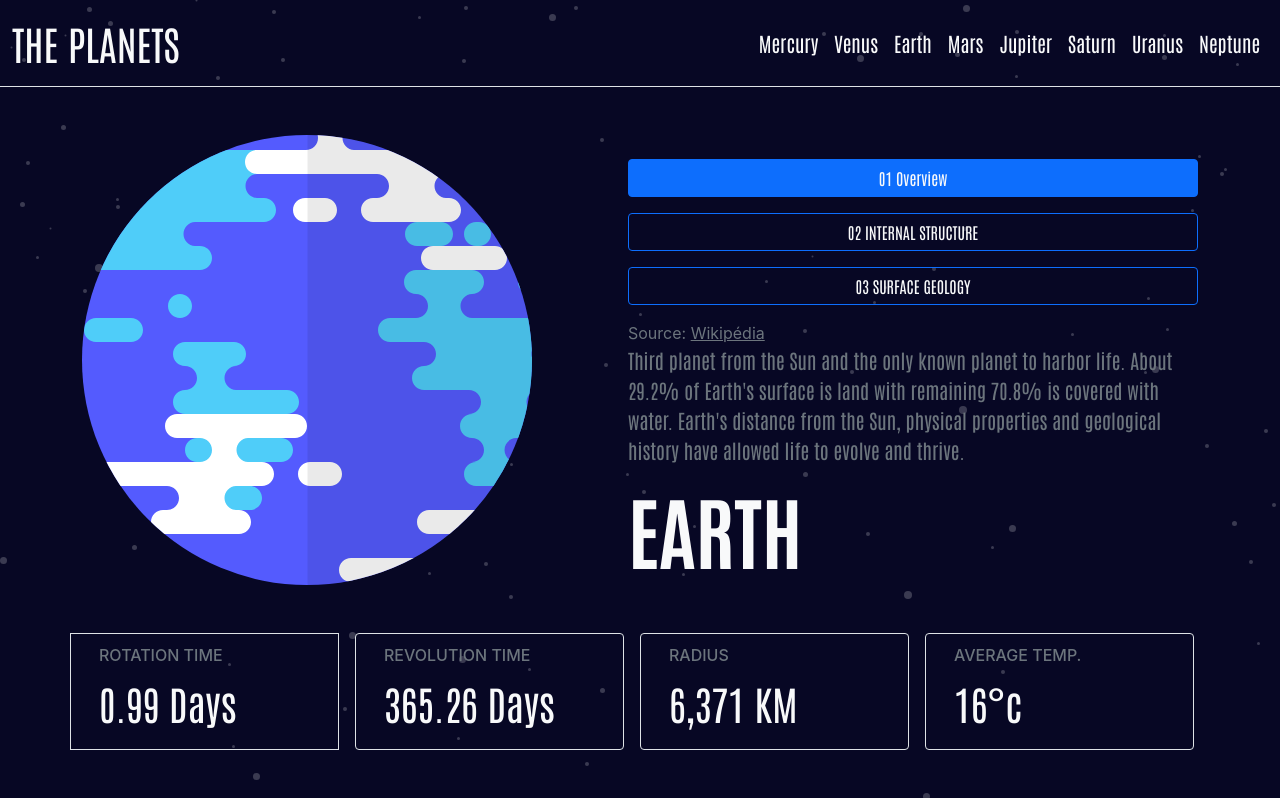
Repository: andre06x/the-planets
Page: /
The author's editor kept a copy of each file at every save. The page is drawn from the files as they stood at one save, then again after the next save.
The browser window is 1280 px wide. The pictures show the whole page.
The project was rebuilt for these pictures with package versions that can differ from the ones it lists, and the page was loaded fresh each time.

Above is the page before, as saved 2021-10-18 23:03:34.

### public/index.html
<!DOCTYPE html>
<html lang="en">

<head>
  <meta charset="utf-8" />
  <link rel="icon" href="%PUBLIC_URL%/favicon.ico" />
  <meta name="viewport" content="width=device-width, initial-scale=1" />
  <meta name="theme-color" content="#000000" />
  <link rel="preconnect" href="https://fonts.googleapis.com">
  <link rel="preconnect" href="https://fonts.gstatic.com" crossorigin>
  <link href="https://fonts.googleapis.com/css2?family=Antonio:wght@400;500;600;700&display=swap" rel="stylesheet">
  <meta name="description" content="Web site created using create-react-app" />
  <link rel="apple-touch-icon" href="%PUBLIC_URL%/logo192.png" />
  <link rel="manifest" href="%PUBLIC_URL%/manifest.json" />
  <link rel="stylesheet" href="%PUBLIC_URL%/bootstrap-5.1.3-dist/css/bootstrap.min.css">
  <title>React App</title>
</head>

<body>
  <noscript>You need to enable JavaScript to run this app.</noscript>
  <div id="root"></div>
  <script src="./bootstrap-5.1.3-dist/js/bootstrap.min.js"></script>
</body>

</html>

### src/index.js
import React from 'react';
import ReactDOM from 'react-dom';
import App from './App';
import reportWebVitals from './reportWebVitals';
import Global from './styles/global';

ReactDOM.render(
  <React.StrictMode>
    <Global />
    <App />
  </React.StrictMode>,
  document.getElementById('root')
);

// If you want to start measuring performance in your app, pass a function
// to log results (for example: reportWebVitals(console.log))
// or send to an analytics endpoint. Learn more: https://bit.ly/CRA-vitals
reportWebVitals();

### src/App.js
import logo from './logo.svg';
// import './App.css';
import Header from './components/Header';
import Container from './components/Container';

function App() {
  return (
    <div className="App">
      <Header />
      <Container />
    </div>
  );
}

export default App;

### src/styles/global.js
import { createGlobalStyle } from 'styled-components';
import img from '../background-stars.svg';

export default createGlobalStyle`
  body {
    background-image: url(${img});
    background-color: #070724;
    background-repeat: repeat;
  margin: 0;
  font-family: -apple-system, BlinkMacSystemFont, 'Segoe UI', 'Roboto', 'Oxygen',
    'Ubuntu', 'Cantarell', 'Fira Sans', 'Droid Sans', 'Helvetica Neue',
    sans-serif;
  -webkit-font-smoothing: antialiased;
  -moz-osx-font-smoothing: grayscale;
}

code {
  font-family: source-code-pro, Menlo, Monaco, Consolas, 'Courier New',
    monospace;
}
`;

### src/components/Header.js
import React from 'react';
import data from '../data.json';

const Header = () => {
  return (
    <nav class="navbar navbar-expand-lg navbar-dark bg-transparent border-bottom border-muted mb-5">
      <div class="container-fluid d-flex justify-content-between">
        <a class="navbar-brand fs-1 text-light font-antonio" href="#">THE PLANETS</a>
        <button class="navbar-toggler text-light" type="button" data-bs-toggle="collapse" data-bs-target="#navbarSupportedContent" aria-controls="navbarSupportedContent" aria-expanded="false" aria-label="Toggle navigation">
          <span class="navbar-toggler-icon text-light"></span>
        </button>
        <div class="collapse navbar-collapse justify-content-end" id="navbarSupportedContent">
          <div>
            <ul class="navbar-nav me-auto mb-2 mb-lg-0">
              {
                data.map(d => (
                  <li class="nav-item">
                    <a class="nav-link active text-light fs-5 font-antonio" aria-current="page" href="#">{d.name}</a>
                  </li>
                ))
              }
            </ul>
          </div>
        </div>
      </div>
    </nav>
  )
}



export default Header

### src/components/Container.js
import React, { useEffect, useState } from 'react';
// import earth from '../assets/planet-earth.svg';
import data from '../data.json';

const Container = () => {
  const [selectBox, setSelectBox] = useState(1);
  const [planet, setPlanet] = useState('Earth');
  const [text, setText] = useState(data.filter(d => d.name === planet)[0].overview);
  const [imagee, setImagee] = useState('assets/planet-earth.svg');
  const [dataPlanet, setDataPlanet] = useState(['']);

  const op = [
    { id: 1, titulo: '01 Overview' },
    { id: 2, titulo: '02 INTERNAL STRUCTURE' },
    { id: 3, titulo: '03 SURFACE GEOLOGY' },
  ]

  function buttonChange(o) {
    setSelectBox(o.id);

    if (o.id === 1) {
      setText(data.filter(d => d.name === planet)[0].overview);
      setImagee(data.filter(d => d.name === planet)[0].images.planet);
    }

    if (o.id === 2) {
      setText(data.filter(d => d.name === planet)[0].structure);
      setImagee(data.filter(d => d.name === planet)[0].images.internal);

    }

    if (o.id === 3) {
      setText(data.filter(d => d.name === planet)[0].geology);
      setImagee(data.filter(d => d.name === planet)[0].images.geology);

    }

  }

  useEffect(() => {
   setDataPlanet(data.filter(d => d.name === planet)[0]);
  }, []);

  return (
    <div className="container mt-5">
      <div className="d-flex flex-column">
        <div className="d-flex justify-content-between">
          <div className="me-5">
            <img src={imagee}alt="" />
          </div>
          <div className="ms-md-5 d-flex flex-sm-column-reverse">
            <h1 className="display-1 text-light font-antonio fw-bold">EARTH</h1>
            <p className="lead text-muted font-antonio">
              {text.content}
            </p>
            <span className="text-secondary">
              Source: <a href="" className="text-secondary"> Wikipédia</a>
            </span>

            <div className="d-flex flex-column mt-3 font-antonio fw-bold">
              {op.map(o => (
                <button
                  className={`btn text-light btn-outline-primary mb-3 ${selectBox === o.id ? ' btn-primary' : ''}`}
                  onClick={() => buttonChange(o)}
                >
                  {o.titulo}
                </button>
              ))}
            </div>
          </div>
        </div>
      </div>
      <div className="row mt-5 mb-5">
        <div class="col me-3 bg-transparent border">
          <div class="card-body">
            <h6 class="card-subtitle mb-2 text-muted">
              ROTATION TIME
            </h6>
            <p class="card-text text-light font-antonio fs-1">
              {dataPlanet.rotation}
            </p>
          </div>
        </div>
        <div class="card col me-3 bg-transparent border">
          <div class="card-body">
            <h6 class="card-subtitle mb-2 text-muted">
              REVOLUTION TIME
            </h6>
            <p class="card-text text-light font-antonio fs-1">
              {dataPlanet.revolution}
            </p>
          </div>
        </div>
        <div class="card col me-3 bg-transparent border">
          <div class="card-body">
            <h6 class="card-subtitle mb-2 text-muted">
              RADIUS
            </h6>
            <p class="card-text text-light font-antonio fs-1">
              {dataPlanet.radius}
            </p>
          </div>
        </div>
        <div class="card col me-3 bg-transparent border">
          <div class="card-body">
            <h6 class="card-subtitle mb-2 text-muted">
              AVERAGE TEMP.
            </h6>
            <p class="card-text text-light font-antonio fs-1">
              {dataPlanet.temperature}
            </p>
          </div>
        </div>
      </div>
    </div>
  )
}

export default Container;

### src/data.json
[
  {
    "name": "Mercury",
    "overview": {
      "content": "Mercury is the smallest planet in the Solar System and the closest to the Sun. Its orbit around the Sun takes 87.97 Earth days, the shortest of all the Sun's planets. Mercury is one of four terrestrial planets in the Solar System, and is a rocky body like Earth.",
      "source": "https://en.wikipedia.org/wiki/Mercury_(planet)"
    },
    "structure": {
      "content": "Mercury appears to have a solid silicate crust and mantle overlying a solid, iron sulfide outer core layer, a deeper liquid core layer, and a solid inner core. The planet's density is the second highest in the Solar System at 5.427 g/cm3 , only slightly less than Earth's density.",
      "source": "https://en.wikipedia.org/wiki/Mercury_(planet)#Internal_structure"
    },
    "geology": {
      "content": "Mercury's surface is similar in appearance to that of the Moon, showing extensive mare-like plains and heavy cratering, indicating that it has been geologically inactive for billions of years. It is more heterogeneous than either Mars's or the Moon’s.",
      "source": "https://en.wikipedia.org/wiki/Mercury_(planet)#Surface_geology"
    },
    "rotation": "58.6 Days",
    "revolution": "87.97 Days",
    "radius": "2,439.7 KM",
    "temperature": "430°c",
    "images": {
      "planet": "./assets/planet-mercury.svg",
      "internal": "./assets/planet-mercury-internal.svg",
      "geology": "./assets/geology-mercury.png"
    }
  },
  {
    "name": "Venus",
    "overview": {
      "content": "Venus is the second planet from the Sun. It is named after the Roman goddess of love and beauty. As the brightest natural object in Earth's night sky after the Moon, Venus can cast shadows and can be, on rare occasions, visible to the naked eye in broad daylight.",
      "source": "https://en.wikipedia.org/wiki/Venus"
    },
    "structure": {
      "content": "The similarity in size and density between Venus and Earth suggests they share a similar internal structure: a core, mantle, and crust. Like that of Earth, Venusian core is most likely at least partially liquid because the two planets have been cooling at about the same rate.",
      "source": "https://en.wikipedia.org/wiki/Venus#Internal_structure"
    },
    "geology": {
      "content": "Much of the Venusian surface appears to have been shaped by volcanic activity. Venus has several times as many volcanoes as Earth, and it has 167 large volcanoes that are over 100 km (60 mi) across. The only volcanic complex of this size on Earth is the Big Island of Hawaii.",
      "source": "https://en.wikipedia.org/wiki/Venus#Surface_geology"
    },
    "rotation": "243 Days",
    "revolution": "224.7 Days",
    "radius": "6,051.8 KM",
    "temperature": "471°c",
    "images": {
      "planet": "./assets/planet-venus.svg",
      "internal": "./assets/planet-venus-internal.svg",
      "geology": "./assets/geology-venus.png"
    }
  },
  {
    "name": "Earth",
    "overview": {
      "content": "Third planet from the Sun and the only known planet to harbor life. About 29.2% of Earth's surface is land with remaining 70.8% is covered with water. Earth's distance from the Sun, physical properties and geological history have allowed life to evolve and thrive.",
      "source": "https://en.wikipedia.org/wiki/Earth"
    },
    "structure": {
      "content": "Earth's interior, like that of the other terrestrial planets, is divided into layers by their chemical or physical (rheological) properties. The outer layer is a chemically distinct silicate solid crust, which is underlain by a highly viscous solid mantle.",
      "source": "https://en.wikipedia.org/wiki/Earth#Internal_structure"
    },
    "geology": {
      "content": "The total surface area of Earth is about 510 million km2. The continental crust consists of lower density material such as the igneous rocks granite and andesite. Less common is basalt, a denser volcanic rock that is the primary constituent of the ocean floors.",
      "source": "https://en.wikipedia.org/wiki/Earth#Surface"
    },
    "rotation": "0.99 Days",
    "revolution": "365.26 Days",
    "radius": "6,371 KM",
    "temperature": "16°c",
    "images": {
      "planet": "assets/planet-earth.svg",
      "internal": "assets/planet-earth-internal.svg",
      "geology": "assets/geology-earth.png"
    }
  },
  {
    "name": "Mars",
    "overview": {
      "content": "Mars is the fourth planet from the Sun and the second-smallest planet in the Solar System, being larger than only Mercury. In English, Mars carries the name of the Roman god of war and is often referred to as the \"Red Planet\".",
      "source": "https://en.wikipedia.org/wiki/Mars"
    },
    "structure": {
      "content": "Like Earth, Mars has differentiated into a dense metallic core overlaid by less dense materials. Scientists initially determined that the core is at least partially liquid. Current models of its interior imply a core consisting primarily of iron and nickel with about 16–17% sulfur.",
      "source": "https://en.wikipedia.org/wiki/Mars#Internal_structure"
    },
    "geology": {
      "content": "Mars is a terrestrial planet whose surface consists of minerals containing silicon and oxygen, metals, and other elements that typically make up rock. The surface is primarily composed of tholeiitic basalt, although parts are more silica-rich than typical basalt.",
      "source": "https://en.wikipedia.org/wiki/Mars#Surface_geology"
    },
    "rotation": "1.03 Days",
    "revolution": "1.88 Years",
    "radius": "3,389.5 KM",
    "temperature": "-28°c",
    "images": {
      "planet": "./assets/planet-mars.svg",
      "internal": "./assets/planet-mars-internal.svg",
      "geology": "./assets/geology-mars.png"
    }
  },
  {
    "name": "Jupiter",
    "overview": {
      "content": "Jupiter is the fifth planet from the Sun and the largest in the Solar System. It is a gas giant with a mass two and a half times that of all the other planets in the Solar System combined, but less than one-thousandth the mass of the Sun.",
      "source": "https://en.wikipedia.org/wiki/Jupiter"
    },
    "structure": {
      "content": "When the Juno arrived in 2016, it found that Jupiter has a very diffuse core that mixes into its mantle. A possible cause is an impact from a planet of about ten Earth masses a few million years after Jupiter's formation, which would have disrupted an originally solid Jovian core.",
      "source": "https://en.wikipedia.org/wiki/Jupiter#Internal_structure"
    },
    "geology": {
      "content": "The best known feature of Jupiter is the Great Red Spot, a persistent anticyclonic storm located 22° south of the equator. It is known to have existed since at least 1831, and possibly since 1665.",
      "source": "https://en.wikipedia.org/wiki/Jupiter#Great_Red_Spot_and_other_vortices"
    },
    "rotation": "9.93 Hours",
    "revolution": "11.86 Years",
    "radius": "69,911 KM",
    "temperature": "-108°c",
    "images": {
      "planet": "./assets/planet-jupiter.svg",
      "internal": "./assets/planet-jupiter-internal.svg",
      "geology": "./assets/geology-jupiter.png"
    }
  },
  {
    "name": "Saturn",
    "overview": {
      "content": "Saturn is the sixth planet from the Sun and the second-largest in the Solar System, after Jupiter. It is a gas giant with an average radius of about nine and a half times that of Earth. It only has one-eighth the average density of Earth.",
      "source": "https://en.wikipedia.org/wiki/Saturn"
    },
    "structure": {
      "content": "Despite consisting mostly of hydrogen and helium, most of Saturn's mass is not in the gas phase, because hydrogen becomes a non-ideal liquid when the density is above 0.01 g/cm3, which is reached at a radius containing 99.9% of Saturn's mass.",
      "source": "https://en.wikipedia.org/wiki/Saturn#Internal_structure"
    },
    "geology": {
      "content": "The outer atmosphere of Saturn contains 96.3% molecular hydrogen and 3.25% helium by volume. The planet's most famous feature is its prominent ring system, which is composed mostly of ice particles with a smaller amount of rocky debris and dust.",
      "source": "https://en.wikipedia.org/wiki/Saturn#Atmosphere"
    },
    "rotation": "10.8 Hours",
    "revolution": "29.46 Years",
    "radius": "58,232 KM",
    "temperature": "-138°c",
    "images": {
      "planet": "./assets/planet-saturn.svg",
      "internal": "./assets/planet-saturn-internal.svg",
      "geology": "./assets/geology-saturn.png"
    }
  },
  {
    "name": "Uranus",
    "overview": {
      "content": "Uranus is the seventh planet from the Sun. Its name is a reference to the Greek god of the sky, Uranus according to Greek mythology, was the great-grandfather of Ares. It has the third-largest planetary radius and fourth-largest planetary mass in the Solar System.",
      "source": "https://en.wikipedia.org/wiki/Uranus"
    },
    "structure": {
      "content": "The standard model of Uranus's structure is that it consists of three layers: a rocky (silicate/iron–nickel) core in the centre, an icy mantle in the middle and an outer gaseous hydrogen/helium envelope. The core is relatively small, with a mass of only 0.55 Earth masses.",
      "source": "https://en.wikipedia.org/wiki/Uranus#Internal_structure"
    },
    "geology": {
      "content": "The composition of Uranus's atmosphere is different from its bulk, consisting mainly of molecular hydrogen and helium. The helium molar fraction, i.e. the number of helium atoms per molecule of gas, is 0.15±0.03 in the upper troposphere.",
      "source": "https://en.wikipedia.org/wiki/Uranus#Atmosphere"
    },
    "rotation": "17.2 Hours",
    "revolution": "84 Years",
    "radius": "25,362 KM",
    "temperature": "-195°c",
    "images": {
      "planet": "./assets/planet-uranus.svg",
      "internal": "./assets/planet-uranus-internal.svg",
      "geology": "./assets/geology-uranus.png"
    }
  },
  {
    "name": "Neptune",
    "overview": {
      "content": "Neptune is the eighth and farthest-known Solar planet from the Sun. In the Solar System, it is the fourth-largest planet by diameter, the third-most-massive planet, and the densest giant planet. It is 17 times the mass of Earth, more massive than its near-twin Uranus.",
      "source": "https://en.wikipedia.org/wiki/Neptune"
    },
    "structure": {
      "content": "Neptune's internal structure resembles that of Uranus. Its atmosphere forms about 5% to 10% of its mass and extends perhaps 10% to 20% of the way towards the core. Increasing concentrations of methane, ammonia and water are found in the lower regions.",
      "source": "https://en.wikipedia.org/wiki/Neptune#Internal_structure"
    },
    "geology": {
      "content": "Neptune's atmosphere is 80% hydrogen and 19% helium. A trace amount of methane is also present. Prominent absorption bands of methane exist at wavelengths above 600 nm, in the red and infrared portion of the spectrum.",
      "source": "https://en.wikipedia.org/wiki/Neptune#Atmosphere"
    },
    "rotation": "16.08 Hours",
    "revolution": "164.79 Years",
    "radius": "24,622 KM",
    "temperature": "-201°c",
    "images": {
      "planet": "./assets/planet-neptune.svg",
      "internal": "./assets/planet-neptune-internal.svg",
      "geology": "./assets/geology-neptune.png"
    }
  }
]

Loaded but not shown: src/reportWebVitals.js (common file); public/bootstrap-5.1.3-dist/css/bootstrap.min.css (library); public/bootstrap-5.1.3-dist/js/bootstrap.min.js (library)

After the next save:
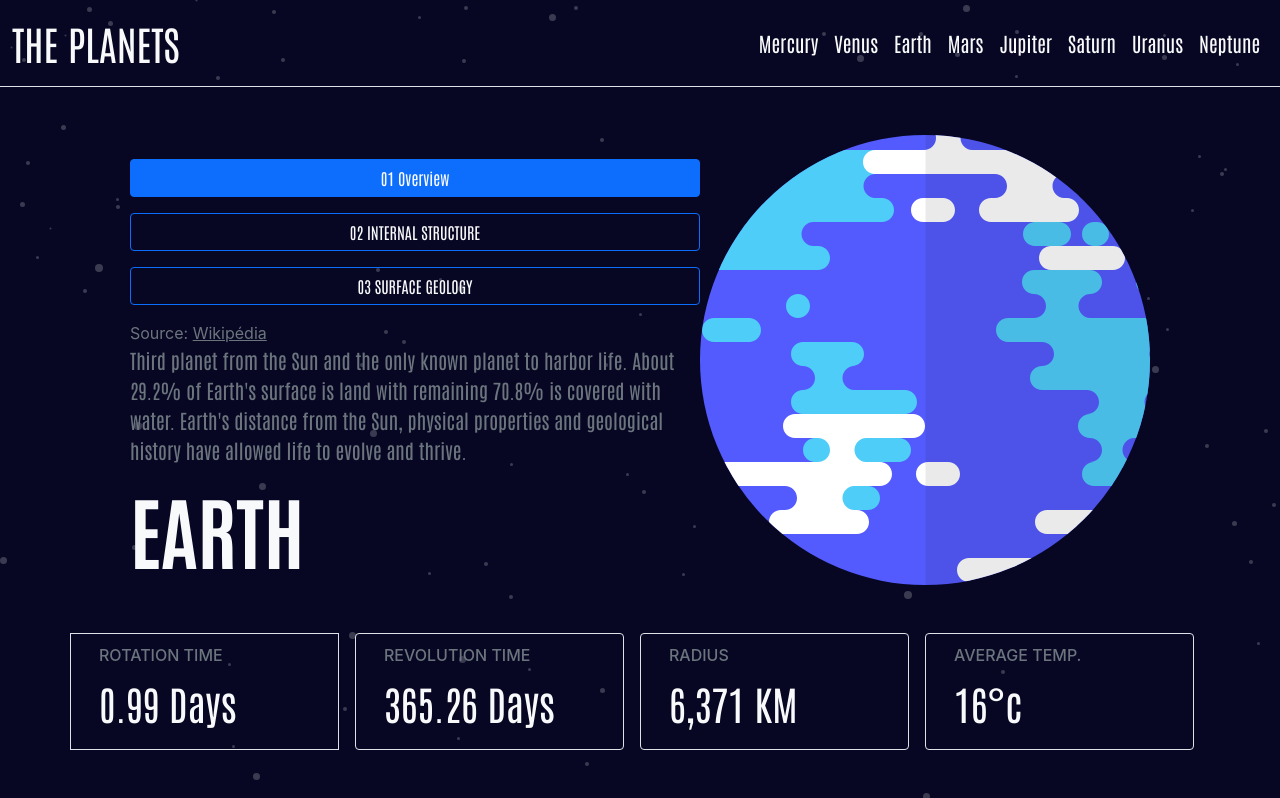
Saved 61 s later.
--- a/src/components/Container.js
+++ b/src/components/Container.js
@@ -44,7 +44,7 @@ const Container = () => {
   return (
     <div className="container mt-5">
       <div className="d-flex flex-column">
-        <div className="d-flex justify-content-between">
+        <div className="d-flex flex-sm-row-reverse justify-content-between">
           <div className="me-5">
             <img src={imagee}alt="" />
           </div>
